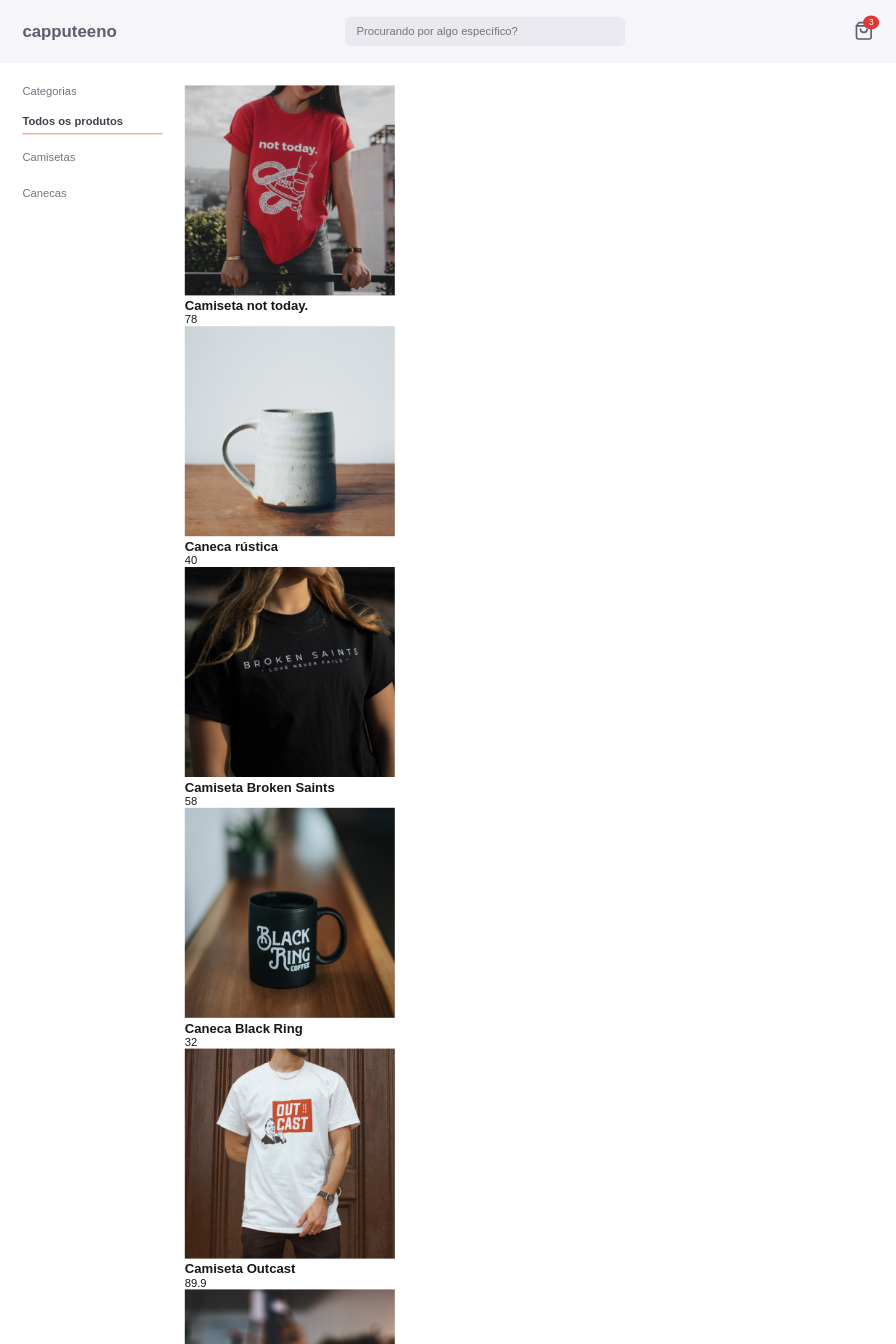
Repository: Biel-barbosa/capputeenoecomerce
Page: /
The author's editor kept a copy of each file at every save. The page is drawn from the files as they stood at one save, then again after the next save.
The browser window is 1280 px wide. The pictures show the part of the page from y = 0 to 1920 px (the page is 3613 px tall), at 70% of full size.
The project was rebuilt for these pictures with package versions that can differ from the ones it lists, and the page was loaded fresh each time. The framework's server and built-in components were replaced by stand-ins that run in the browser. Also part of the build but not shown: next.config.ts.

Above is the page before, as saved 2025-04-22 19:49:59.

### src/app/page.tsx
'use client';
import { useState, useMemo } from 'react';
import styled from 'styled-components';
import CategoryFilter from '../components/CategoryFilter';
import ProductsList from '../components/ProductsList';
import { products as allProducts } from '../data/products';
import Header from '../components/Header';
import { Product } from '../data/products';

const Container = styled.main`
  padding: 2rem;
  display: flex;
  flex-direction: column;
  gap: 2rem;
`;

const ContentWrapper = styled.section`
  display: flex;
  gap: 2rem;
  width: 100%;

  @media (max-width: 768px) {
    flex-direction: column;
  }
`;

const MainContent = styled.div`
  flex: 1;
`;

const HomePage = () => {
  const [selectedCategory, setSelectedCategory] = useState('all');
  const [searchTerm, setSearchTerm] = useState('');

  const filteredProducts = useMemo(() => {
    return allProducts.filter((product: Product) => {
      const matchesCategory =
        selectedCategory === 'all' || product.category === selectedCategory;
      const matchesSearch = product.title
        .toLowerCase()
        .includes(searchTerm.toLowerCase());
      return matchesCategory && matchesSearch;
    });
  }, [selectedCategory, searchTerm]);

  return (
    <>
      <Header onSearch={setSearchTerm} />
      <Container>
        <ContentWrapper>
          <CategoryFilter
            selectedCategory={selectedCategory}
            onSelectCategory={setSelectedCategory}
          />
          <MainContent>
            <ProductsList products={filteredProducts} />
          </MainContent>
        </ContentWrapper>
      </Container>
    </>
  );
};

export default HomePage;

### src/components/CategoryFilter.tsx
'use client';
import styled from 'styled-components';

// Usando o shouldForwardProp para garantir que a prop 'isActive' não seja passada para o DOM
const Button = styled.button.withConfig({
    shouldForwardProp: (prop) => prop !== 'isActive', // Não passa 'isActive' para o DOM
}) <{ isActive: boolean }>`
  text-align: left;
  padding: 0.5rem 0;
  border: none;
  background: none;
  font-size: 1rem;
  font-weight: ${({ isActive }) => (isActive ? 'bold' : 'normal')};
  color: ${({ isActive }) => (isActive ? '#41414d' : '#737380')};
  border-bottom: 2px solid ${({ isActive }) => (isActive ? '#ffa585' : 'transparent')};
  cursor: pointer;

  &:hover {
    color: #41414d;
  }
`;

const Wrapper = styled.aside`
  display: flex;
  flex-direction: column;
  gap: 1rem;
  min-width: 200px;

  @media (max-width: 768px) {
    display: none; // podemos melhorar isso depois com dropdown
  }
`;

const Title = styled.h2`
  font-size: 1rem;
  font-weight: 500;
  color: #737380;
`;

type Props = {
    selectedCategory: string;
    onSelectCategory: (category: string) => void;
};

const CategoryFilter = ({ selectedCategory, onSelectCategory }: Props) => {
    return (
        <Wrapper>
            <Title>Categorias</Title>
            <Button
                isActive={selectedCategory === 'all'}
                onClick={() => onSelectCategory('all')}
            >
                Todos os produtos
            </Button>
            <Button
                isActive={selectedCategory === 't-shirts'}
                onClick={() => onSelectCategory('t-shirts')}
            >
                Camisetas
            </Button>
            <Button
                isActive={selectedCategory === 'mugs'}
                onClick={() => onSelectCategory('mugs')}
            >
                Canecas
            </Button>
        </Wrapper>
    );
};

export default CategoryFilter;

### src/components/ProductsList.tsx
import { useState } from 'react';
import Image from 'next/image';
import { Product } from '@/data/products'; // Certifique-se de que o path está correto

const ProductsList = ({ products }: { products: Product[] }) => {
    const [currentPage, setCurrentPage] = useState(1);
    const productsPerPage = 10;

    const indexOfLastProduct = currentPage * productsPerPage;
    const indexOfFirstProduct = indexOfLastProduct - productsPerPage;
    const currentProducts = products.slice(indexOfFirstProduct, indexOfLastProduct);

    const paginate = (pageNumber: number) => setCurrentPage(pageNumber);
    const totalPages = Math.ceil(products.length / productsPerPage);

    return (
        <div>
            <div className="grid grid-cols-3 gap-6">
                {currentProducts.map((product) => (
                    <div key={product.id} className="card">
                        <Image
                            src={product.image}
                            alt={product.title}
                            width={300}
                            height={300}
                            style={{ objectFit: 'cover' }}
                        />
                        <h3>{product.title}</h3>
                        <p>{product.price}</p>
                    </div>
                ))}
            </div>

            <div className="pagination mt-4 flex gap-2">
                <button onClick={() => paginate(currentPage - 1)} disabled={currentPage === 1}>
                    Anterior
                </button>
                {[...Array(totalPages).keys()].map((number) => (
                    <button key={number} onClick={() => paginate(number + 1)}>
                        {number + 1}
                    </button>
                ))}
                <button onClick={() => paginate(currentPage + 1)} disabled={currentPage === totalPages}>
                    Próximo
                </button>
            </div>
        </div>
    );
};

export default ProductsList;

### src/data/products.ts
export type Product = {
    id: string;
    title: string;
    image: string;
    price: number;
    category: 't-shirts' | 'mugs';
    description: string;
    createdAt: Date;
    sales: number;
};

export const products: Product[] = [
    {
        id: '1',
        title: 'Camiseta not today.',
        image: '/images/Camiseta-not-today.jpg',
        price: 78.0,
        category: 't-shirts',
        description: 'Aqui vem um texto descritivo do produto, esta caixa de texto servirá apenas de exemplo para que simule algum texto que venha a ser inserido nesse campo, descrevendo tal produto.',
        createdAt: new Date('2024-03-01'),
        sales: 30,
    },
    {
        id: '2',
        title: 'Caneca rústica',
        image: '/images/Caneca-ceramica-rustica.jpg',
        price: 40.0,
        category: 'mugs',
        description: 'Aqui vem um texto descritivo do produto, esta caixa de texto servirá apenas de exemplo para que simule algum texto que venha a ser inserido nesse campo, descrevendo tal produto.',
        createdAt: new Date('2024-04-10'),
        sales: 80,
    },
    {
        id: '3',
        title: 'Camiseta Broken Saints',
        image: '/images/Camiseta-broken-saints.jpg',
        price: 58.0,
        category: 't-shirts',
        description: 'Aqui vem um texto descritivo do produto, esta caixa de texto servirá apenas de exemplo para que simule algum texto que venha a ser inserido nesse campo, descrevendo tal produto.',
        createdAt: new Date('2024-01-15'),
        sales: 45,
    },
    {
        id: '4',
        title: 'Caneca Black Ring',
        image: '/images/Caneca-Black-Ring.jpg',
        price: 32.0,
        category: 'mugs',
        description: 'Aqui vem um texto descritivo do produto, esta caixa de texto servirá apenas de exemplo para que simule algum texto que venha a ser inserido nesse campo, descrevendo tal produto.',
        createdAt: new Date('2024-02-20'),
        sales: 60,
    },
    {
        id: '5',
        title: 'Camiseta Outcast',
        image: '/images/Camiseta-outcast.jpg',
        price: 89.9,
        category: 't-shirts',
        description: 'Aqui vem um texto descritivo do produto, esta caixa de texto servirá apenas de exemplo para que simule algum texto que venha a ser inserido nesse campo, descrevendo tal produto.',
        createdAt: new Date('2024-04-05'),
        sales: 50,
    },
    {
        id: '6',
        title: 'Caneca The Grounds',
        image: '/images/Caneca-The-Grounds.jpg',
        price: 85.0,
        category: 'mugs',
        description: 'Aqui vem um texto descritivo do produto, esta caixa de texto servirá apenas de exemplo para que simule algum texto que venha a ser inserido nesse campo, descrevendo tal produto.',
        createdAt: new Date('2024-03-10'),
        sales: 75,
    },
    {
        id: '7',
        title: 'Camiseta evening',
        image: '/images/Camiseta-evening.jpg',
        price: 69.9,
        category: 't-shirts',
        description: 'Aqui vem um texto descritivo do produto, esta caixa de texto servirá apenas de exemplo para que simule algum texto que venha a ser inserido nesse campo, descrevendo tal produto.',
        createdAt: new Date('2024-03-11'),
        sales: 62,
    },
    {
        id: '8',
        title: 'Caneca preto fosco',
        image: '/images/Caneca-preto-fosco.jpg',
        price: 28.0,
        category: 'mugs',
        description: 'Aqui vem um texto descritivo do produto, esta caixa de texto servirá apenas de exemplo para que simule algum texto que venha a ser inserido nesse campo, descrevendo tal produto.',
        createdAt: new Date('2024-03-12'),
        sales: 58,
    },
    {
        id: '9',
        title: 'Caneca Never settle',
        image: '/images/Caneca-Never-settle.jpg',
        price: 43.0,
        category: 'mugs',
        description: 'Aqui vem um texto descritivo do produto, esta caixa de texto servirá apenas de exemplo para que simule algum texto que venha a ser inserido nesse campo, descrevendo tal produto.',
        createdAt: new Date('2024-03-13'),
        sales: 54,
    },
    {
        id: '10',
        title: 'Caneca Rocketseat',
        image: '/images/Caneca-Decaf!-P&Co.jpg',
        price: 59.9,
        category: 'mugs',
        description: 'Aqui vem um texto descritivo do produto, esta caixa de texto servirá apenas de exemplo para que simule algum texto que venha a ser inserido nesse campo, descrevendo tal produto.',
        createdAt: new Date('2024-03-14'),
        sales: 48,
    },
    {
        id: '11',
        title: 'Camiseta DREAMER',
        image: '/images/Camiseta-DREAMER.jpg',
        price: 55.0,
        category: 't-shirts',
        description: 'Aqui vem um texto descritivo do produto, esta caixa de texto servirá apenas de exemplo para que simule algum texto que venha a ser inserido nesse campo, descrevendo tal produto.',
        createdAt: new Date('2024-03-15'),
        sales: 52,
    },
    {
        id: '12',
        title: 'Caneca Decaf! P&Co',
        image: '/images/Caneca-Decaf!-P&Co.jpg',
        price: 32.0,
        category: 'mugs',
        description: 'Aqui vem um texto descritivo do produto, esta caixa de texto servirá apenas de exemplo para que simule algum texto que venha a ser inserido nesse campo, descrevendo tal produto.',
        createdAt: new Date('2024-03-16'),
        sales: 70,
    },
    {
        id: '13',
        title: 'Camiseta javaScript',
        image: '/images/Camiseta-not-today.jpg',
        price: 13.0,
        category: 't-shirts',
        description: 'Aqui vem um texto descritivo do produto, esta caixa de texto servirá apenas de exemplo para que simule algum texto que venha a ser inserido nesse campo, descrevendo tal produto.',
        createdAt: new Date('2024-03-16'),
        sales: 70,
    },
    {
        id: '14',
        title: 'Caneca phyton',
        image: '/images/Caneca-Black-Ring.jpg',
        price: 22.0,
        category: 'mugs',
        description: 'Aqui vem um texto descritivo do produto, esta caixa de texto servirá apenas de exemplo para que simule algum texto que venha a ser inserido nesse campo, descrevendo tal produto.',
        createdAt: new Date('2024-03-16'),
        sales: 70,
    },
];

export function getProductById(id: string) {
    return products.find((product) => product.id === id);
}

### src/components/Header.tsx
'use client';
import styled from 'styled-components';
import { FiShoppingBag } from 'react-icons/fi';

type HeaderProps = {
  onSearch?: (value: string) => void;
};

const HeaderContainer = styled.header`
  width: 100%;
  padding: 1.5rem 2rem;
  display: flex;
  align-items: center;
  justify-content: space-between;
  background-color: #f5f5fa;
  flex-wrap: wrap;
  gap: 1rem;
`;

const Logo = styled.h1`
  font-size: 1.5rem;
  font-weight: 600;
  color: #5d5d6d;
`;

const SearchInput = styled.input`
  flex: 1;
  max-width: 400px;
  margin: 0 2rem;
  padding: 0.75rem 1rem;
  border: none;
  border-radius: 8px;
  background: #e9e9f0;
  font-size: 1rem;
  color: #737380;

  &:focus {
    outline: 2px solid #115d8c;
  }

  @media (max-width: 768px) {
    margin: 0;
    width: 100%;
    order: 3;
  }
`;

const CartButton = styled.button`
  position: relative;
  background: none;
  border: none;
  cursor: pointer;

  svg {
    font-size: 1.75rem;
    color: #5d5d6d;
  }
`;

const CartCount = styled.span`
  position: absolute;
  top: -8px;
  right: -8px;
  background-color: #de3838;
  color: white;
  border-radius: 50%;
  font-size: 0.75rem;
  padding: 0.25rem 0.5rem;
  line-height: 1;
`;

const Header = ({ onSearch }: HeaderProps) => {
  const cartItemCount = 3; // Trocar por dados reais depois

  return (
    <HeaderContainer>
      <Logo>capputeeno</Logo>

      <SearchInput
        type="text"
        placeholder="Procurando por algo específico?"
        onChange={(e) => onSearch?.(e.target.value)}
      />

      <CartButton>
        <FiShoppingBag />
        <CartCount>{cartItemCount}</CartCount>
      </CartButton>
    </HeaderContainer>
  );
};

export default Header;

Loaded but not shown: src/app/layout.tsx (common file); src/app/globals.css (common file)

After the next save:
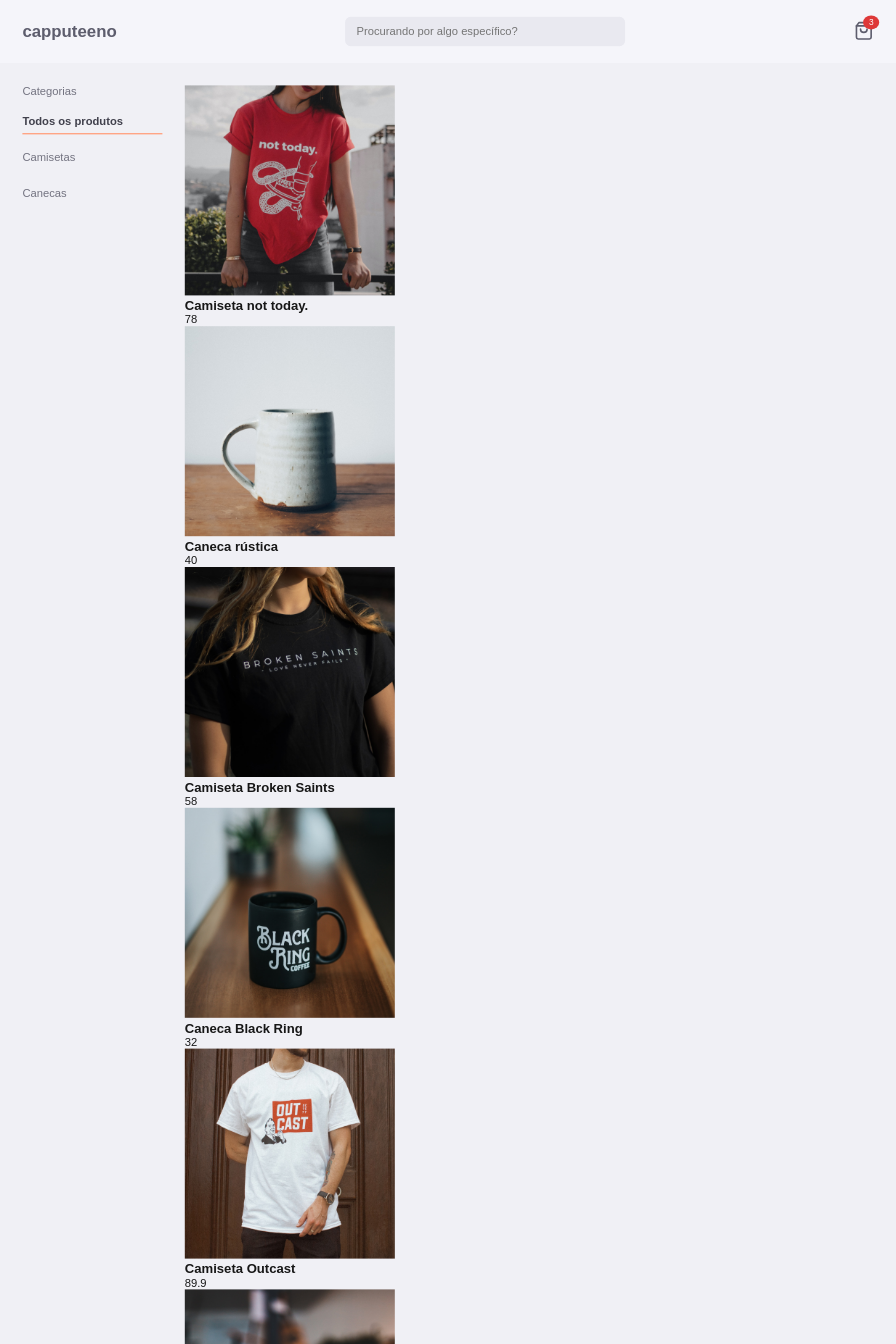
Saved 6 min 55 s later.
--- a/src/app/page.tsx
+++ b/src/app/page.tsx
@@ -1,10 +1,10 @@
 'use client';
 import { useState, useMemo } from 'react';
 import styled from 'styled-components';
+import Header from '../components/Header';
 import CategoryFilter from '../components/CategoryFilter';
 import ProductsList from '../components/ProductsList';
 import { products as allProducts } from '../data/products';
-import Header from '../components/Header';
 import { Product } from '../data/products';
 
 const Container = styled.main`
@@ -12,6 +12,7 @@ const Container = styled.main`
   display: flex;
   flex-direction: column;
   gap: 2rem;
+  background-color: #f0f0f5; // Fundo do body
 `;
 
 const ContentWrapper = styled.section`
